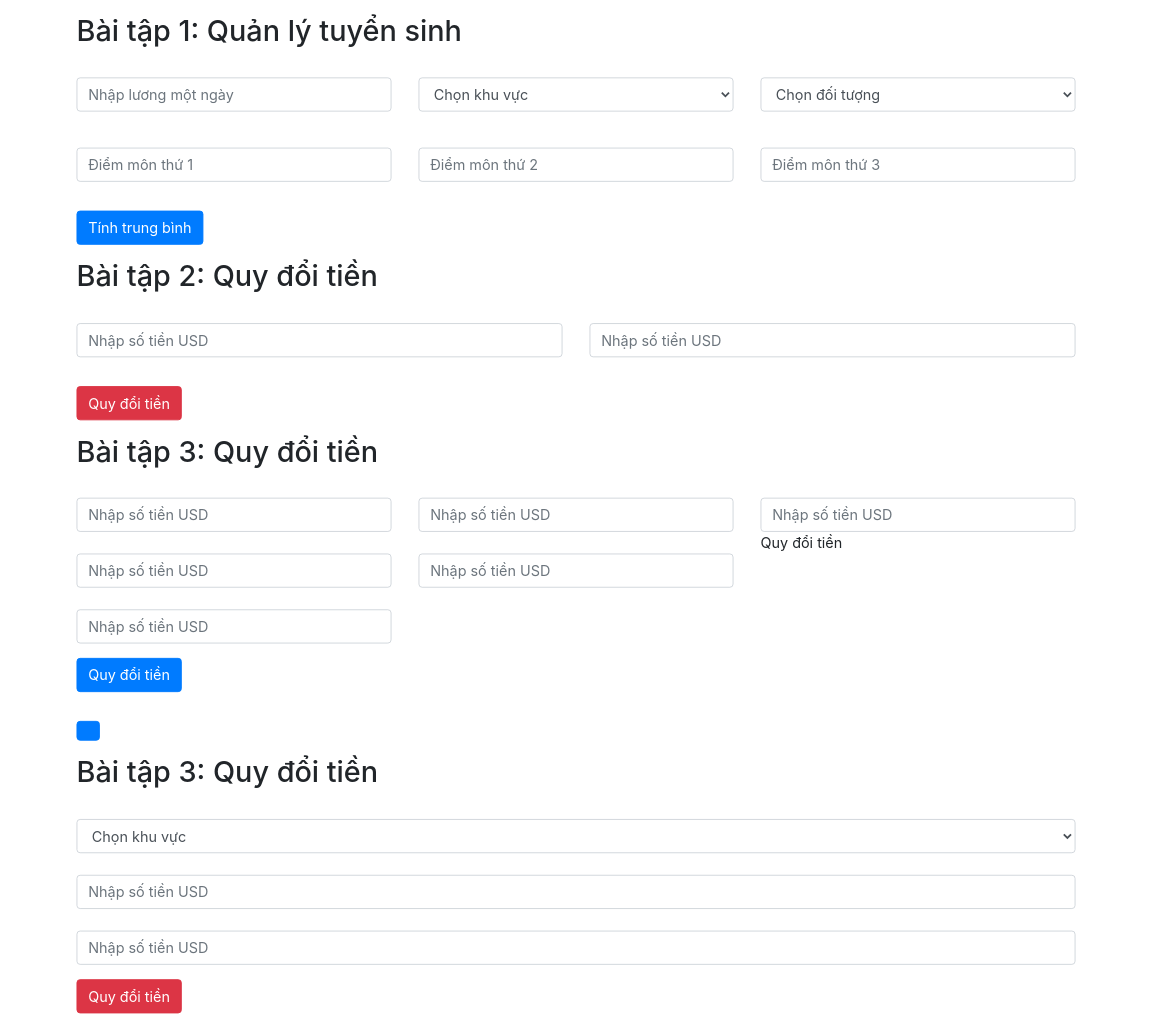
Repository: thanhfrankie/BC10-LeMinhThanh-Js-b5
Page: index.html
The author's editor kept a copy of each file at every save. The page is drawn from the files as they stood at one save, then again after the next save.
The browser window is 1280 px wide. The pictures show the whole page, at 90% of full size.

Above is the page before, as saved 2023-12-15 17:36:59.

After the next save:
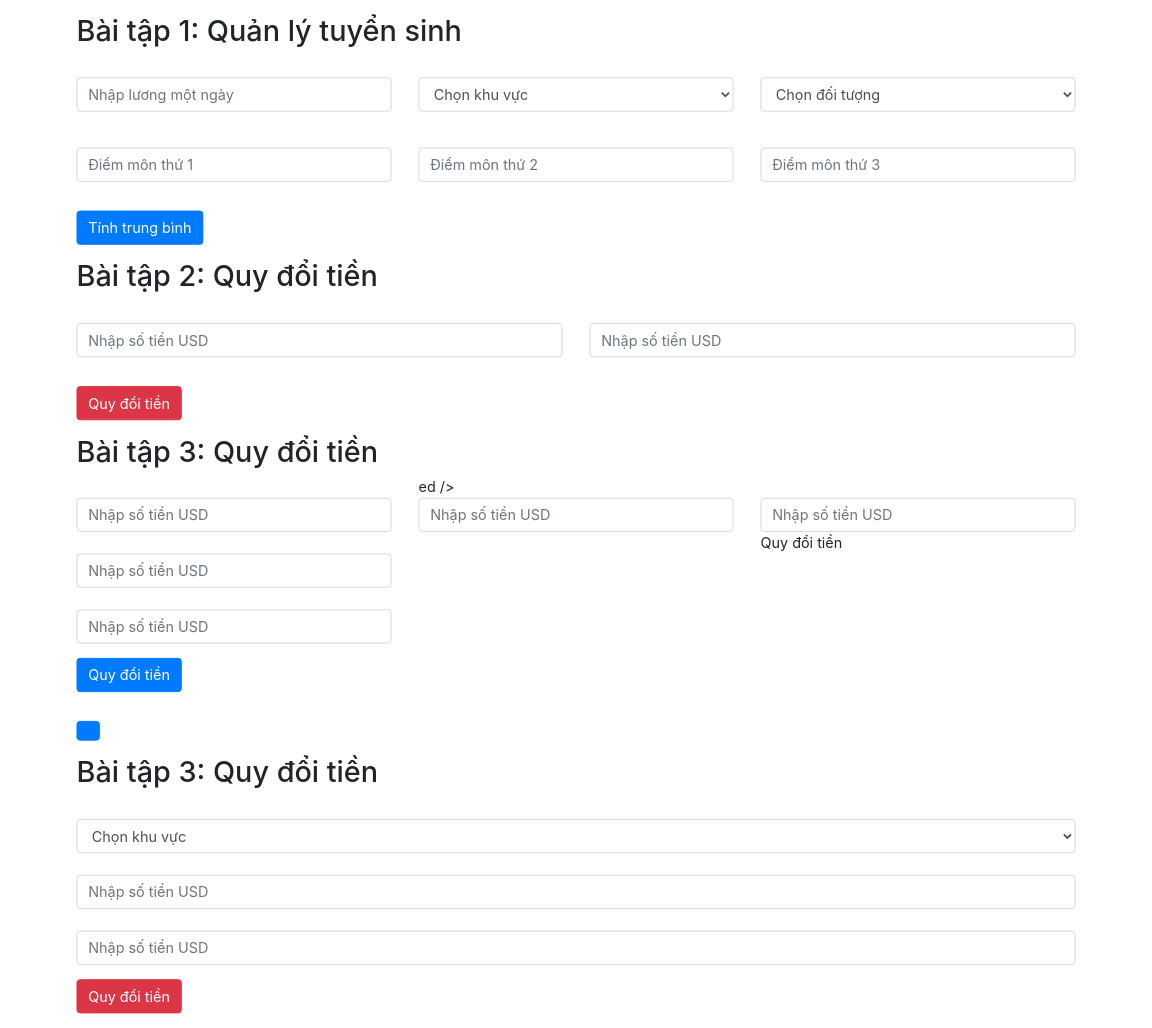
Saved 4 s later.
--- a/index.html
+++ b/index.html
@@ -184,15 +184,7 @@
                   </button>
                 </div></div>
                 <div class="col-sm-4">    <div class="form-group">
-                    <label for="so-luong-USD"></label>
-                    <input
-                      type="text"
-                      class="form-control"
-                      name=""
-                      id="so-luong-USD"
-                      aria-describedby="helpId"
-                      placeholder="Nhập số tiền USD"
-                      required
+             ed
                     />
                   <label for="so-luong-USD"></label>
                   <input
